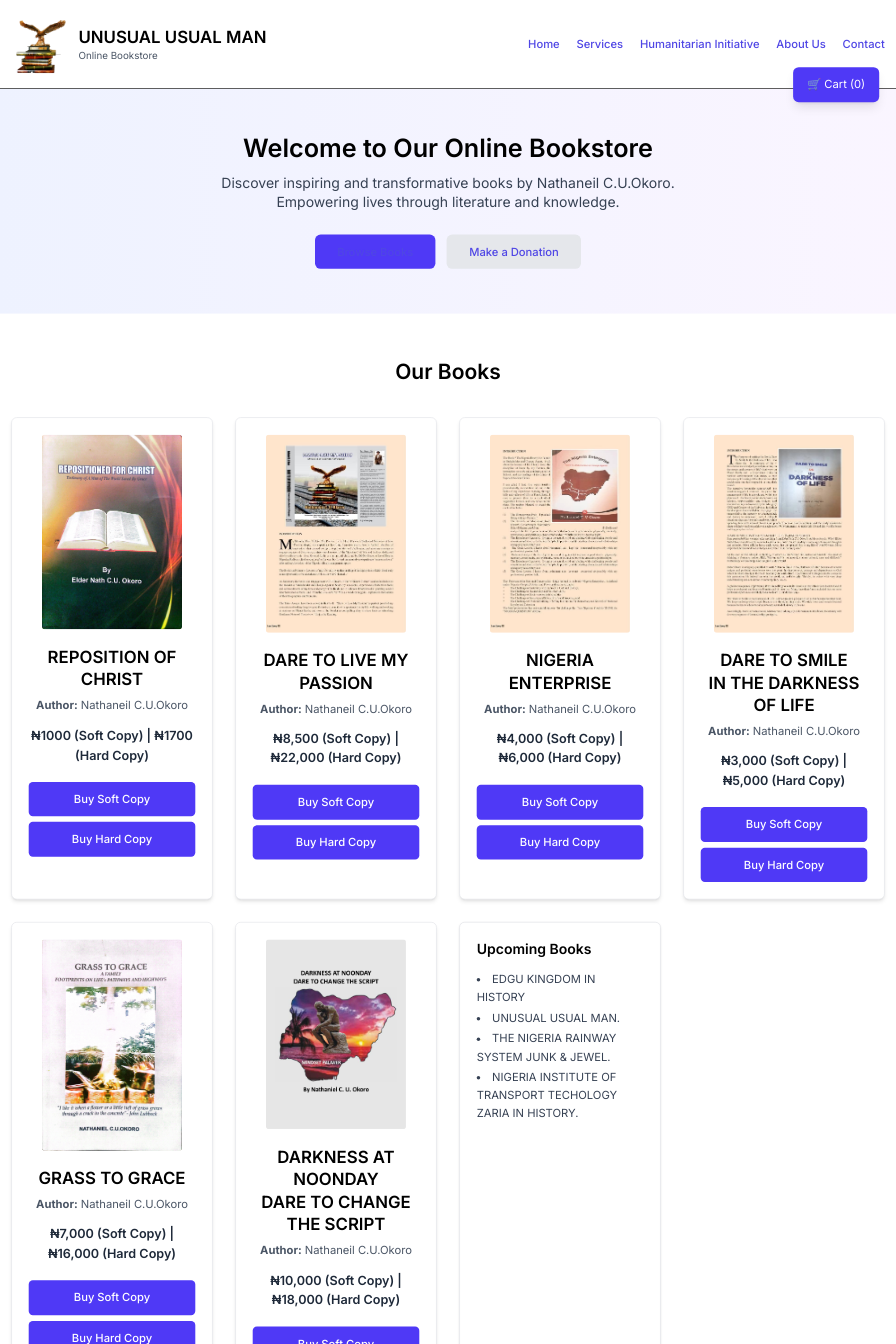
Repository: Rickyy1017/online-bookstore
Page: / (app in frontend/)
The author's editor kept a copy of each file at every save. The page is drawn from the files as they stood at one save, then again after a run of saves.
The browser window is 1280 px wide. The pictures show the part of the page from y = 0 to 1920 px (the page is 3588 px tall), at 70% of full size.
The project was rebuilt for these pictures with package versions that can differ from the ones it lists, and the page was loaded fresh each time. The framework's server and built-in components were replaced by stand-ins that run in the browser. Also part of the build but not shown: frontend/next.config.ts.

Above is the page before, as saved 2025-10-09 23:45:18.

### frontend/app/page.tsx
"use client";

import { useState } from 'react';
import Image from 'next/image';
import Link from 'next/link';

type CartItem = {
  title: string;
  price: number;
  type: string;
};

export default function Page() {
  const [cart, setCart] = useState<CartItem[]>([]);
  const [isModalOpen, setIsModalOpen] = useState(false);
  const [isBannerVisible, setIsBannerVisible] = useState(true);

  const addToCart = (title: string, price: number, type: string) => {
    setCart(prev => [...prev, { title, price, type }]);
  };

  const viewCart = () => {
    setIsModalOpen(true);
  };

  const closeCart = () => {
    setIsModalOpen(false);
  };

  const checkout = () => {
    alert('Checkout functionality not implemented yet.');
  };

  const totalPrice = cart.reduce((sum, item) => sum + item.price, 0);

  return (
    <>
      <header className="bg-white shadow-md border-b">
        <div className="container mx-auto px-4 py-4 flex justify-between items-center">
          <div className="flex items-center">
            <Image src="/images/logo.png" alt="Logo" width={80} height={100} className="mr-4" />
            <div>
              <h1 className="text-2xl font-bold text-gray-900">UNUSUAL USUAL MAN</h1>
              <p className="text-sm text-gray-600">Online Bookstore</p>
            </div>
          </div>
          <nav className="hidden md:flex space-x-6">
            <Link href="/" className="text-gray-700 font-medium hover:text-indigo-600 transition-colors">Home</Link>
            <Link href="/services" className="text-gray-700 font-medium hover:text-indigo-600 transition-colors">Services</Link>
            <Link href="/humanitarian-initiative" className="text-gray-700 font-medium hover:text-indigo-600 transition-colors">Humanitarian Initiative</Link>
            <Link href="/about" className="text-gray-700 font-medium hover:text-indigo-600 transition-colors">About Us</Link>
            <Link href="/contact" className="text-gray-700 font-medium hover:text-indigo-600 transition-colors">Contact</Link>
          </nav>
        </div>
      </header>

      <section className="bg-gradient-to-r from-indigo-50 to-purple-50 py-12 md:py-16">
        <div className="container mx-auto text-center px-4">
          <h2 className="text-3xl md:text-4xl font-bold text-gray-900 mb-4">Welcome to Our Online Bookstore</h2>
          <p className="text-lg md:text-xl text-gray-700 mb-8 max-w-2xl mx-auto">Discover inspiring and transformative books by Nathaneil C.U.Okoro. Empowering lives through literature and knowledge.</p>
          <div className="flex justify-center space-x-4">
            <Link href="#books" className="bg-indigo-600 text-white px-8 py-3 rounded-lg hover:bg-indigo-700 transition-colors font-medium">Browse Books</Link>
            <Link href="/donate" className="bg-gray-200 text-gray-800 px-8 py-3 rounded-lg hover:bg-gray-300 transition-colors font-medium">Make a Donation</Link>
          </div>
        </div>
      </section>

      <button onClick={viewCart} className="fixed top-24 right-6 bg-indigo-600 text-white px-5 py-3 rounded-lg shadow-lg hover:bg-indigo-700 transition-all z-10">
        🛒 Cart ({cart.length})
      </button>

      <section id="books" className="container mx-auto py-12 md:py-16 px-4">
        <h2 className="text-2xl md:text-3xl font-bold text-center text-gray-900 mb-8 md:mb-12">Our Books</h2>
        <div className="grid grid-cols-1 md:grid-cols-2 lg:grid-cols-3 xl:grid-cols-4 gap-8">
          <div className="bg-white border border-gray-200 rounded-lg p-4 md:p-6 shadow-md">
            <Image src="/images/rep.jpg" alt="REPOSITION OF CHRIST" width={200} height={300} className="mx-auto mb-4 md:mb-6 rounded" />
            <h3 className="text-xl md:text-2xl font-bold text-gray-900 mb-2 text-center">REPOSITION OF CHRIST</h3>
            <p className="text-gray-600 text-center mb-4"><b>Author:</b> Nathaneil C.U.Okoro</p>
            <div className="text-center mb-4 md:mb-6">
              <p className="text-base md:text-lg text-gray-800 font-semibold">₦1000 (Soft Copy) | ₦1700 (Hard Copy)</p>
            </div>
            <div className="space-y-2">
              <button onClick={() => addToCart('REPOSITION OF CHRIST', 1000, 'Soft Copy')} className="w-full bg-indigo-600 text-white py-2 md:py-3 rounded-md hover:bg-indigo-700 transition-colors font-medium">Buy Soft Copy</button>
              <button onClick={() => addToCart('REPOSITION OF CHRIST', 1700, 'Hard Copy')} className="w-full bg-indigo-600 text-white py-2 md:py-3 rounded-md hover:bg-indigo-700 transition-colors font-medium">Buy Hard Copy</button>
            </div>
          </div>

        <div className="bg-white border border-gray-200 rounded-lg p-6 shadow-md">
          <Image src="/images/mypass.jpg" alt="DARE TO LIVE MY PASSION" width={200} height={300} className="mx-auto mb-6 rounded" />
          <h3 className="text-2xl font-bold text-gray-900 mb-2 text-center">DARE TO LIVE MY PASSION</h3>
          <p className="text-gray-600 text-center mb-4"><b>Author:</b> Nathaneil C.U.Okoro</p>
          <div className="text-center mb-6">
            <p className="text-lg text-gray-800 font-semibold">₦8,500 (Soft Copy) | ₦22,000 (Hard Copy)</p>
          </div>
          <div className="space-y-2">
            <button onClick={() => addToCart('DARE TO LIVE MY PASSION', 8500, 'Soft Copy')} className="w-full bg-indigo-600 text-white py-3 rounded-md hover:bg-indigo-700 transition-colors font-medium">Buy Soft Copy</button>
            <button onClick={() => addToCart('DARE TO LIVE MY PASSION', 22000, 'Hard Copy')} className="w-full bg-indigo-600 text-white py-3 rounded-md hover:bg-indigo-700 transition-colors font-medium">Buy Hard Copy</button>
          </div>
        </div>

        <div className="bg-white border border-gray-200 rounded-lg p-6 shadow-md">
          <Image src="/images/nige.jpg" alt="NIGERIA ENTERPRISE" width={200} height={300} className="mx-auto mb-6 rounded" />
          <h3 className="text-2xl font-bold text-gray-900 mb-2 text-center">NIGERIA ENTERPRISE</h3>
          <p className="text-gray-600 text-center mb-4"><b>Author:</b> Nathaneil C.U.Okoro</p>
          <div className="text-center mb-6">
            <p className="text-lg text-gray-800 font-semibold">₦4,000 (Soft Copy) | ₦6,000 (Hard Copy)</p>
          </div>
          <div className="space-y-2">
            <button onClick={() => addToCart('NIGERIA ENTERPRISE', 4000, 'Soft Copy')} className="w-full bg-indigo-600 text-white py-3 rounded-md hover:bg-indigo-700 transition-colors font-medium">Buy Soft Copy</button>
            <button onClick={() => addToCart('NIGERIA ENTERPRISE', 6000, 'Hard Copy')} className="w-full bg-indigo-600 text-white py-3 rounded-md hover:bg-indigo-700 transition-colors font-medium">Buy Hard Copy</button>
          </div>
        </div>

        <div className="bg-white border border-gray-200 rounded-lg p-6 shadow-md">
          <Image src="/images/dare.jpg" alt="DARE TO SMILE IN THE DARKNESS OF LIFE" width={200} height={300} className="mx-auto mb-6 rounded" />
          <h3 className="text-2xl font-bold text-gray-900 mb-2 text-center">DARE TO SMILE <br /> IN THE DARKNESS OF LIFE</h3>
          <p className="text-gray-600 text-center mb-4"><b>Author:</b> Nathaneil C.U.Okoro</p>
          <div className="text-center mb-6">
            <p className="text-lg text-gray-800 font-semibold">₦3,000 (Soft Copy) | ₦5,000 (Hard Copy)</p>
          </div>
          <div className="space-y-2">
            <button onClick={() => addToCart('DARE TO SMILE IN THE DARKNESS OF LIFE', 3000, 'Soft Copy')} className="w-full bg-indigo-600 text-white py-3 rounded-md hover:bg-indigo-700 transition-colors font-medium">Buy Soft Copy</button>
            <button onClick={() => addToCart('DARE TO SMILE IN THE DARKNESS OF LIFE', 5000, 'Hard Copy')} className="w-full bg-indigo-600 text-white py-3 rounded-md hover:bg-indigo-700 transition-colors font-medium">Buy Hard Copy</button>
          </div>
        </div>

        <div className="bg-white border border-gray-200 rounded-lg p-6 shadow-md">
          <Image src="/images/grasee (1).jpg" alt="GRASS TO GRACE" width={200} height={300} className="mx-auto mb-6 rounded" />
          <h3 className="text-2xl font-bold text-gray-900 mb-2 text-center">GRASS TO GRACE</h3>
          <p className="text-gray-600 text-center mb-4"><b>Author:</b> Nathaneil C.U.Okoro</p>
          <div className="text-center mb-6">
            <p className="text-lg text-gray-800 font-semibold">₦7,000 (Soft Copy) | ₦16,000 (Hard Copy)</p>
          </div>
          <div className="space-y-2">
            <button onClick={() => addToCart('GRASS TO GRACE', 7000, 'Soft Copy')} className="w-full bg-indigo-600 text-white py-3 rounded-md hover:bg-indigo-700 transition-colors font-medium">Buy Soft Copy</button>
            <button onClick={() => addToCart('GRASS TO GRACE', 16000, 'Hard Copy')} className="w-full bg-indigo-600 text-white py-3 rounded-md hover:bg-indigo-700 transition-colors font-medium">Buy Hard Copy</button>
          </div>
        </div>

        <div className="bg-white border border-gray-200 rounded-lg p-6 shadow-md">
          <Image src="/images/dark.png" alt="DARKNESS AT NOONDAY DARE TO CHANGE THE SCRIPT" width={200} height={300} className="mx-auto mb-6 rounded" />
          <h3 className="text-2xl font-bold text-gray-900 mb-2 text-center">DARKNESS AT NOONDAY <br /> DARE TO CHANGE THE SCRIPT</h3>
          <p className="text-gray-600 text-center mb-4"><b>Author:</b> Nathaneil C.U.Okoro</p>
          <div className="text-center mb-6">
            <p className="text-lg text-gray-800 font-semibold">₦10,000 (Soft Copy) | ₦18,000 (Hard Copy)</p>
          </div>
          <div className="space-y-2">
            <button onClick={() => addToCart('DARKNESS AT NOONDAY DARE TO CHANGE THE SCRIPT', 10000, 'Soft Copy')} className="w-full bg-indigo-600 text-white py-3 rounded-md hover:bg-indigo-700 transition-colors font-medium">Buy Soft Copy</button>
            <button onClick={() => addToCart('DARKNESS AT NOONDAY DARE TO CHANGE THE SCRIPT', 18000, 'Hard Copy')} className="w-full bg-indigo-600 text-white py-3 rounded-md hover:bg-indigo-700 transition-colors font-medium">Buy Hard Copy</button>
          </div>
        </div>

        <div className="bg-white border border-gray-200 rounded-lg p-6 shadow-sm">
          <h2 className="text-xl font-bold text-gray-900 mb-4">Upcoming Books</h2>
          <ul className="list-disc list-inside text-gray-700 space-y-1">
            <li>EDGU KINGDOM IN HISTORY</li>
            <li>UNUSUAL USUAL MAN.</li>
            <li>THE NIGERIA RAINWAY SYSTEM JUNK & JEWEL.</li>
            <li>NIGERIA INSTITUTE OF TRANSPORT TECHOLOGY ZARIA IN HISTORY.</li>
          </ul>
        </div>
        </div>
      </section>

      <div className="bg-gray-50 py-12">
        <div className="container mx-auto text-center">
          <h2 className="text-3xl font-bold text-gray-900 mb-8">COVENANT DAYCARE GARDEN FOUNDATION</h2>
          <div className="flex justify-center gap-8 mb-8">
            <Image src="/images/daycare1.png" alt="Daycare 1" width={300} height={200} className="rounded-lg shadow-md" />
            <Image src="/images/daycare2.jpg" alt="Daycare 2" width={300} height={200} className="rounded-lg shadow-md" />
          </div>
          <p className="text-gray-600 max-w-2xl mx-auto">A proud initiative dedicated to supporting elders and widows in need through community care and support programs.</p>
        </div>
      </div>

      {isModalOpen && (
        <div className="fixed inset-0 bg-black bg-opacity-50 flex justify-center items-center z-50">
          <div className="bg-white p-8 rounded-xl shadow-2xl max-w-lg w-full mx-4">
            <div className="flex justify-between items-center mb-6">
              <h2 className="text-2xl font-bold text-gray-900">Your Cart</h2>
              <span onClick={closeCart} className="cursor-pointer text-3xl text-gray-400 hover:text-gray-600">&times;</span>
            </div>
            <ul className="mb-6 space-y-2">
              {cart.map((item, index) => (
                <li key={index} className="text-gray-700 bg-gray-100 p-3 rounded">{item.title} - {item.type} - ₦{item.price}</li>
              ))}
            </ul>
            <div className="flex justify-between items-center mb-6">
              <p className="text-xl font-semibold text-gray-900">Total: ₦{totalPrice}</p>
            </div>
            <button onClick={checkout} className="w-full bg-indigo-600 text-white px-6 py-3 rounded-lg hover:bg-indigo-700 font-medium">Proceed to Checkout</button>
          </div>
        </div>
      )}

      <footer className="bg-gray-800 text-white py-12 mt-16">
        <div className="container mx-auto px-4">
          <div className="text-center mb-8">
            <p className="text-lg font-semibold">© 2025 Covenant Books & Consulting. All Rights Reserved.</p>
            <p className="text-gray-300 mt-2">Empowering lives through literature, community support, and global business expertise.</p>
          </div>
          <nav className="flex justify-center mb-8 space-x-6">
            <Link href="/about" className="text-gray-200 hover:text-indigo-400 transition-colors">About Us</Link>
            <Link href="/services" className="text-gray-200 hover:text-indigo-400 transition-colors">Services</Link>
            <Link href="/contact" className="text-gray-200 hover:text-indigo-400 transition-colors">Contact Us</Link>
          </nav>
          <div className="flex justify-center mb-8 space-x-4">
            <a href="#" className="text-gray-300 hover:text-indigo-400 transition-colors">Facebook</a>
            <a href="#" className="text-gray-300 hover:text-indigo-400 transition-colors">Twitter</a>
            <a href="#" className="text-gray-300 hover:text-indigo-400 transition-colors">LinkedIn</a>
          </div>
          <p className="text-center text-gray-300">Covenant Daycare Garden Foundation is a proud initiative dedicated to supporting elders and widows in need.</p>
        </div>
      </footer>
    </>
  );
}

### frontend/app/globals.css
@import url('https://fonts.googleapis.com/css2?family=Inter:wght@300;400;500;600;700&display=swap');
@import "tailwindcss";

:root {
  --background: #ffffff;
  --foreground: #000000;
  --accent: #4f46e5;
  --accent-hover: #3730a3;
}

@theme inline {
  --color-background: var(--background);
  --color-foreground: var(--foreground);
  --font-sans: 'Inter', sans-serif;
  --font-mono: var(--font-geist-mono);
}

body {
  background: var(--background);
  color: var(--foreground);
  font-family: 'Inter', sans-serif;
  line-height: 1.6;
}

h1, h2, h3, h4, h5, h6 {
  font-weight: 600;
  color: var(--foreground);
}

a {
  color: var(--accent);
  transition: color 0.2s ease;
}

a:hover {
  color: var(--accent-hover);
}

button {
  transition: all 0.2s ease;
}

Loaded but not shown: frontend/app/layout.tsx (common file)

After the next 5 saves:
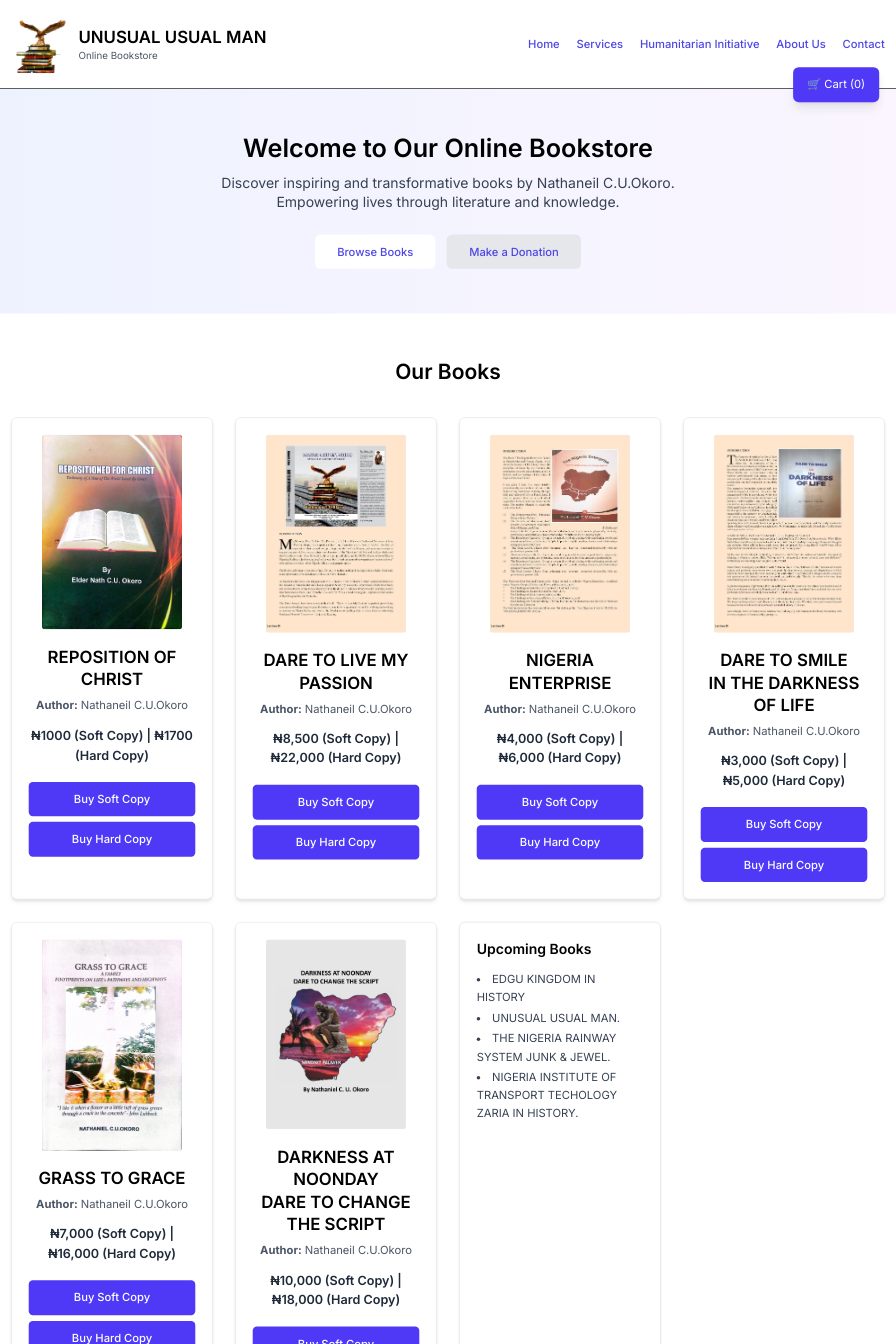
The 5 saves are shown as one change because they came seconds apart.
The last was saved 78 s later.
--- a/frontend/app/page.tsx
+++ b/frontend/app/page.tsx
@@ -59,7 +59,7 @@
           <h2 className="text-3xl md:text-4xl font-bold text-gray-900 mb-4">Welcome to Our Online Bookstore</h2>
           <p className="text-lg md:text-xl text-gray-700 mb-8 max-w-2xl mx-auto">Discover inspiring and transformative books by Nathaneil C.U.Okoro. Empowering lives through literature and knowledge.</p>
           <div className="flex justify-center space-x-4">
-            <Link href="#books" className="bg-indigo-600 text-white px-8 py-3 rounded-lg hover:bg-indigo-700 transition-colors font-medium">Browse Books</Link>
+            <Link href="#books" className="bg-white text-white px-8 py-3 rounded-lg hover:bg-indigo-700 transition-colors font-medium">Browse Books</Link>
             <Link href="/donate" className="bg-gray-200 text-gray-800 px-8 py-3 rounded-lg hover:bg-gray-300 transition-colors font-medium">Make a Donation</Link>
           </div>
         </div>

After the save that followed:
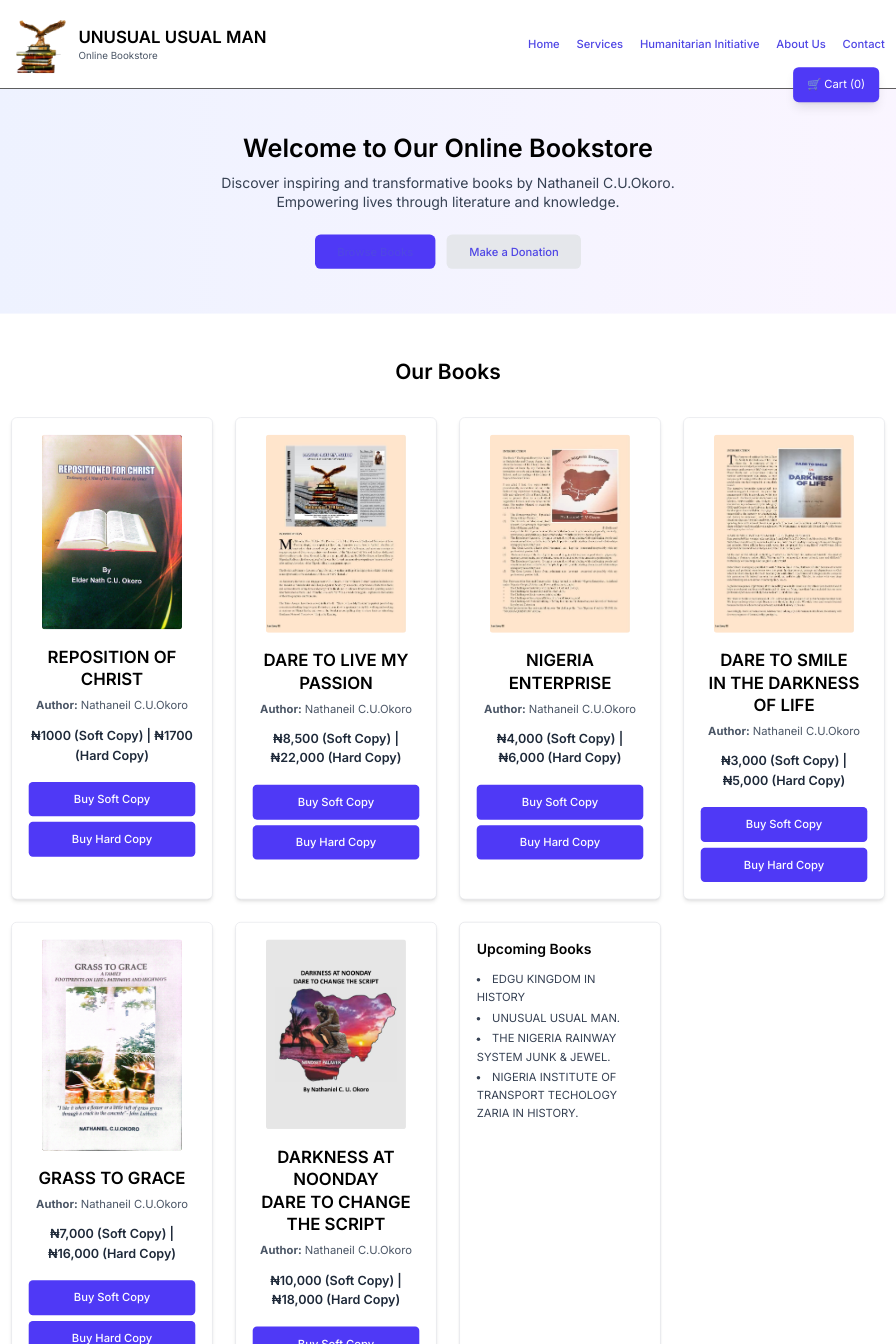
Saved 23 s later.
--- a/frontend/app/page.tsx
+++ b/frontend/app/page.tsx
@@ -59,7 +59,7 @@
           <h2 className="text-3xl md:text-4xl font-bold text-gray-900 mb-4">Welcome to Our Online Bookstore</h2>
           <p className="text-lg md:text-xl text-gray-700 mb-8 max-w-2xl mx-auto">Discover inspiring and transformative books by Nathaneil C.U.Okoro. Empowering lives through literature and knowledge.</p>
           <div className="flex justify-center space-x-4">
-            <Link href="#books" className="bg-white text-white px-8 py-3 rounded-lg hover:bg-indigo-700 transition-colors font-medium">Browse Books</Link>
+            <Link href="#books" className="bg-indigo-600 text-white px-8 py-3 rounded-lg hover:bg-indigo-700 transition-colors font-medium">Browse Books</Link>
             <Link href="/donate" className="bg-gray-200 text-gray-800 px-8 py-3 rounded-lg hover:bg-gray-300 transition-colors font-medium">Make a Donation</Link>
           </div>
         </div>
